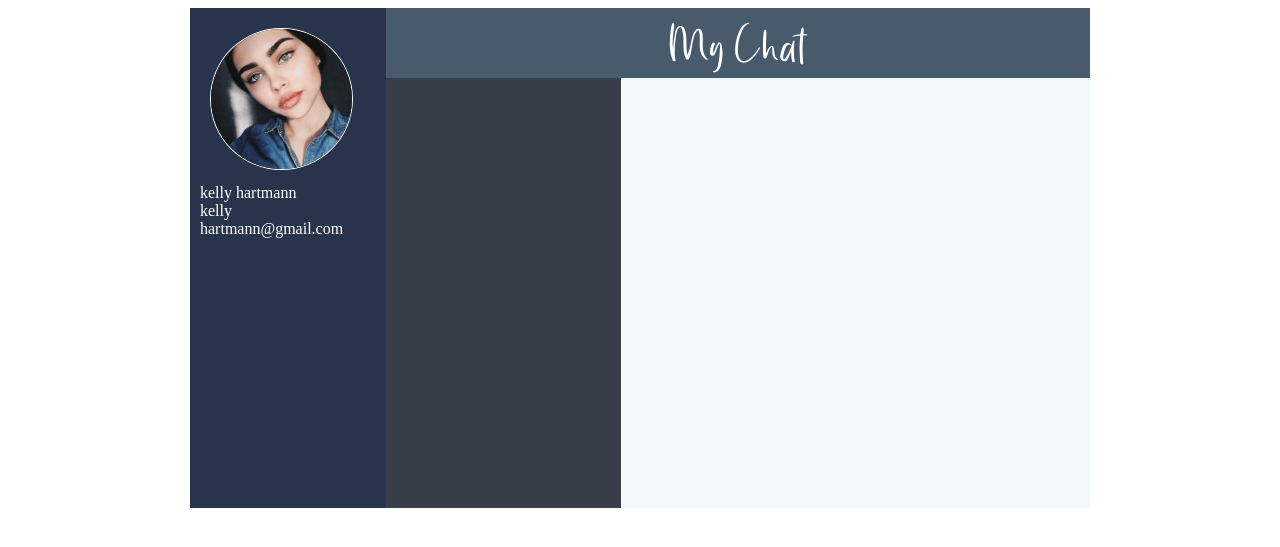
Repository: chathura226/SeekWork_Group_Project_I
Page: http://localhost/
The author's editor kept a copy of each file at every save. The page is drawn from the files as they stood at one save, then again after the next save.
The browser window is 1280 px wide. The pictures show the whole page.
The page is run by PHP 8.4 with error messages shown; the project is at /var/www/html/.

Above is the page before, as saved 2023-12-02 12:29:39.

### chat/index.php
<!DOCTYPE html>
<html>
    <head>
        <title>Chat</title>

    </head>
    <style type="text/css">

        @font-face {
            font-family: headFont;
            src: url(ui/fonts/Summer-Vibes-OTF.otf);
        }

        #wrapper{

            max-width: 900px;
            min-height: 500px;
            display: flex;
            margin:auto;
            color:white;

        }

        #left_pannel{
            min-height: 400px;
            background-color: #27344b;
            flex:1;
            padding:10px;



        }

        #left_pannel img{
            width:80%;
            border:solid thin white;
            border-radius:50%;
            margin:10px;

        }

        #right_pannel{
            min-height: 500px;
            flex:4;
            text-align: center;

        }

        #header{
            background-color: #485b6c;
            height: 70px;
            font-size:40px;
            text-align:center;
            font-family:headFont;


        }

        #inner_left_pannel{
            background-color:#383e48;
            flex:1;
            min-height:430px


        }

        #inner_right_pannel{
            background-color:#f2f7f8;
            flex:2;
            min-height:430px;


        }




    </style>
    <body>
        <div id="wrapper">

           <div id="left_pannel">
                <img src="ui/images/user3.jpg">
                <br>
                kelly hartmann
                <br>
                kelly hartmann@gmail.com
           </div>
           <div id="right_pannel">
              <div id="header" >My Chat</div>
                <div id="container"  style="display: flex">
                    <div id="inner_left_pannel"></div>
                    <div id="inner_right_pannel"></div>
                </div>
           </div>



        </div>


    </body>
</html>

After the next save:
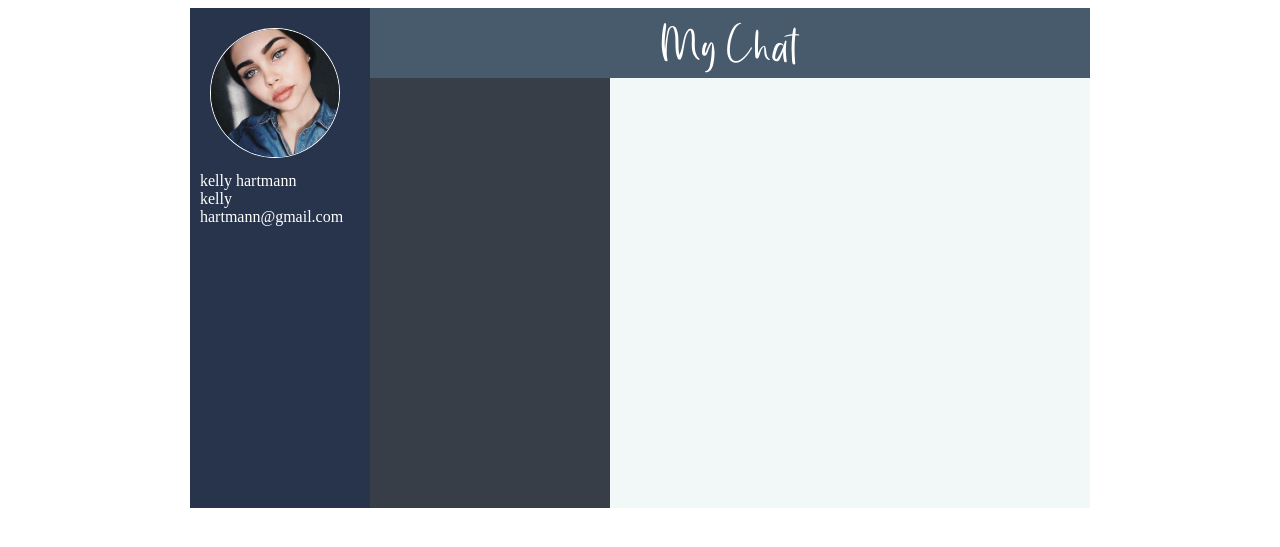
Saved 3 min 36 s later.
--- a/chat/index.php
+++ b/chat/index.php
@@ -25,7 +25,7 @@
             min-height: 400px;
             background-color: #27344b;
             flex:1;
-            padding:10px;
+
 
 
 
@@ -80,11 +80,13 @@
         <div id="wrapper">
 
            <div id="left_pannel">
-                <img src="ui/images/user3.jpg">
-                <br>
-                kelly hartmann
-                <br>
-                kelly hartmann@gmail.com
+                <div style="padding: 10px;">
+                    <img src="ui/images/user3.jpg">
+                    <br>
+                    kelly hartmann
+                    <br>
+                    kelly hartmann@gmail.com
+                </div>
            </div>
            <div id="right_pannel">
               <div id="header" >My Chat</div>
